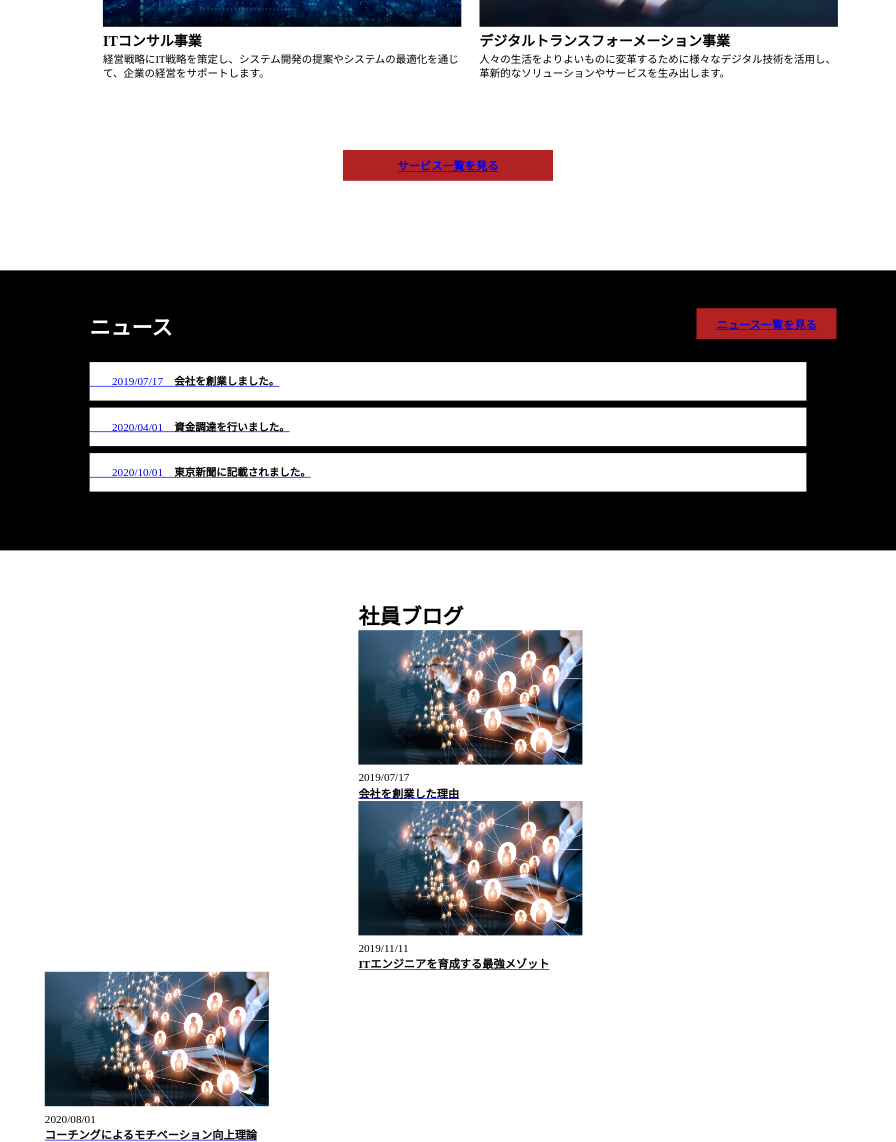
Repository: sigemasaasuka/20211012sigemasa
Page: index.html
An editor plug-in stored every save of this project. The page is shown before and after a run of saves, followed by the edit.
The browser window is 1280 px wide. The pictures show the part of the page from y = 1626 to 3546 px (the page is 3258 px tall before and 3546 px after), at 70% of full size.

Above is the page before, as saved 2021-10-19 17:56:40.

After the next 2 saves:
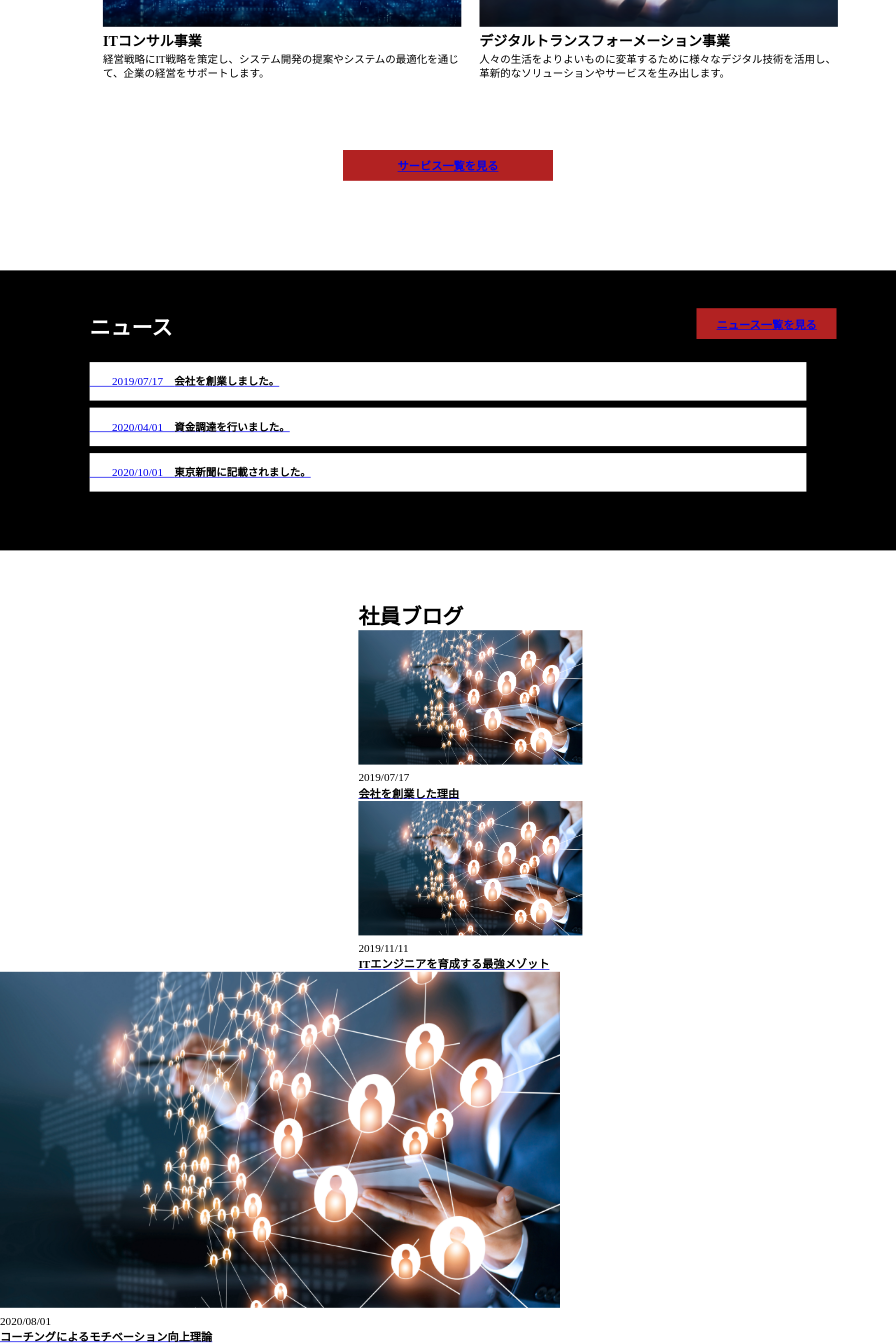
The 2 saves are shown as one change because they came seconds apart.
The last was saved 19 s later.
--- a/css/index.css
+++ b/css/index.css
@@ -309,7 +309,9 @@
   color: #000;
 }
 
-.coaching-png {
+
+ display: flex;
+  justify-content: center;-png {
   width: 25%;
   margin-left: 5%;
 }

After the save that followed:
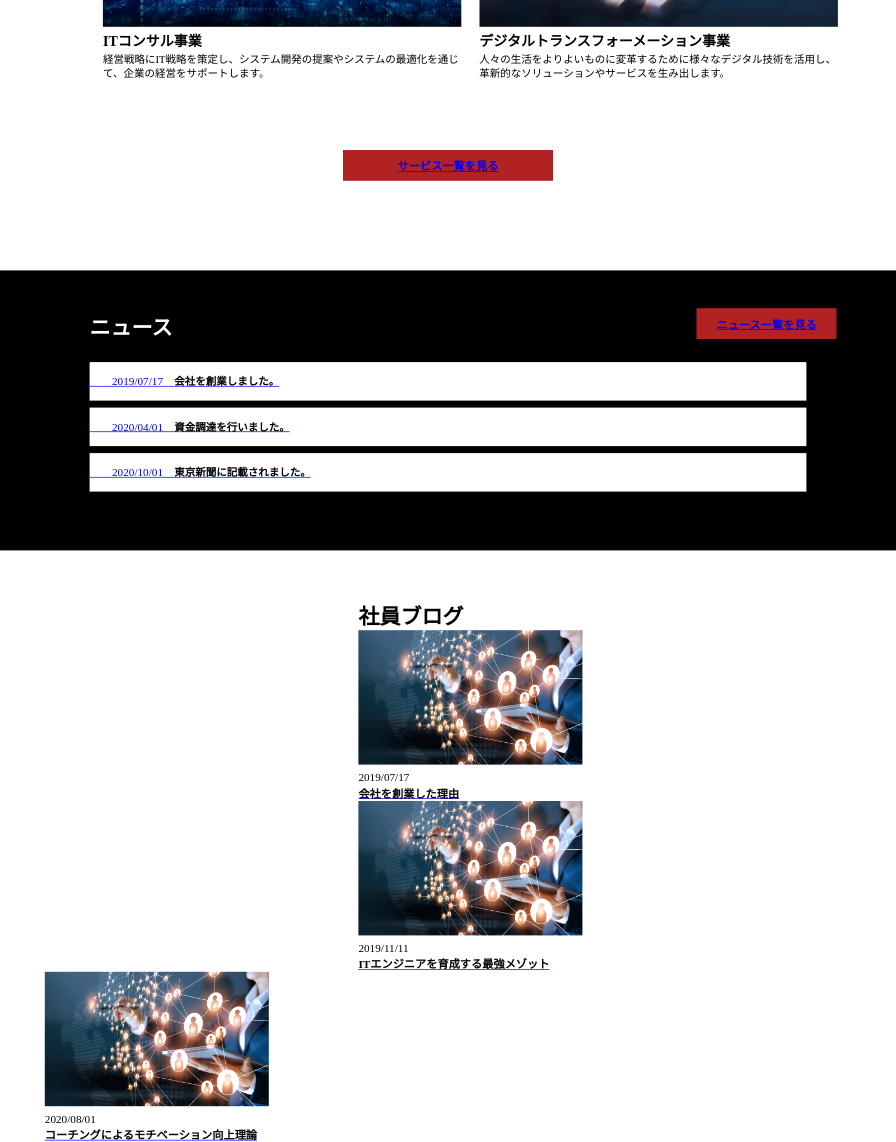
Saved 4 s later.
--- a/css/index.css
+++ b/css/index.css
@@ -309,9 +309,7 @@
   color: #000;
 }
 
-
- display: flex;
-  justify-content: center;-png {
+.coaching-png {
   width: 25%;
   margin-left: 5%;
 }
